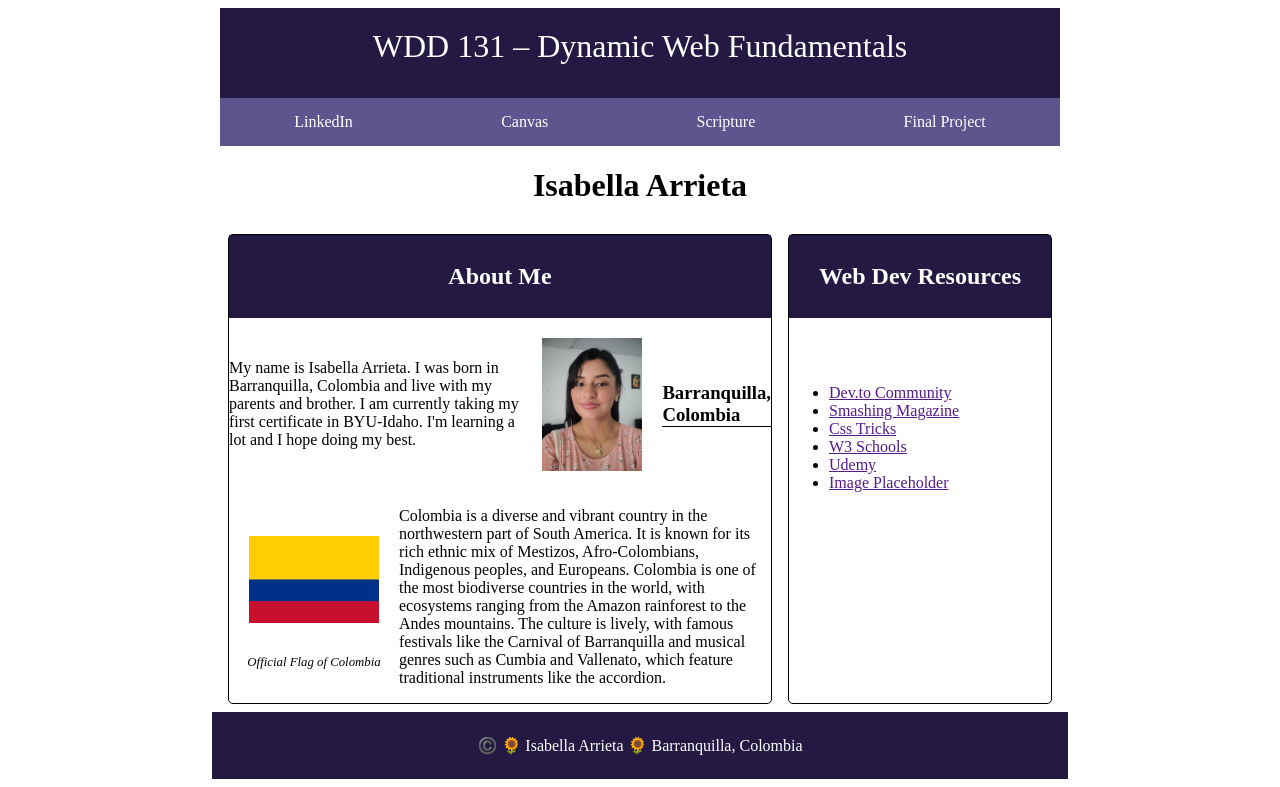
Repository: isaAJ05/wdd131
Page: index.html
An editor plug-in stored every save of this project. The page is shown before and after the next save, followed by the edit.
The browser window is 1280 px wide. The pictures show the whole page.
Some web fonts or font styles are not loaded; a fallback is used.

Above is the page before, as saved 2025-07-04 03:07:53.

### index.html
<!DOCTYPE html>
<html lang="en">
<head>
    <meta charset="UTF-8">
    <meta name="viewport" content="width=device-width, initial-scale=1.0">
    <title>WDD 131 – Dynamic Web Fundamentals – Isabella Arrieta</title>
    <meta name="description" content="WDD 131 – Dynamic Web Fundamentals Isabella Arrieta, This is a page about me">
    <meta name="author" content="Isabella Arrieta">
    <link rel="stylesheet" href="styles/base.css">
    <link rel="preconnect" href="https://fonts.googleapis.com">
    <link rel="preconnect" href="https://fonts.gstatic.com" crossorigin>
    <link href="https://fonts.googleapis.com/css2?family=Lato:ital,wght@0,100;0,300;0,400;0,700;0,900;1,100;1,300;1,400;1,700;1,900&family=Play:wght@400;700&family=Raleway:ital,wght@0,100..900;1,100..900&display=swap" rel="stylesheet">
</head>
<body>
    <header>
        <div class="header-title">
            <span id="course-title">WDD 131 – Dynamic Web Fundamentals</span>
        </div>
        <nav>
            <a href="www.linkedin.com/in/isabella-arrieta">LinkedIn</a>
            <a href="https://byupw.instructure.com/">Canvas</a>
            <a href="https://www.churchofjesuschrist.org/study/scriptures/bofm/alma/30?lang=eng&id=p44#p44">Scripture</a>
            <a href="">Final Project</a>

        </nav>
    </header>
    <main>

        <h1>Isabella Arrieta</h1>
        <section class="card">
            <div class="rectangle">
                <h2>About Me</h2>
            </div>
            <div class="presentation">
            <p>My name is Isabella Arrieta. I was born in Barranquilla, Colombia and live with my parents and brother. I am currently taking my first certificate in BYU-Idaho. I'm learning a lot and I hope doing my best. </p>
            <img src ="images/isa-picture.jpg" alt="Isabella Arrieta picture">
            <h3>Barranquilla, Colombia</h3>
            </div>
            <div class="country">
            <figure>
                <img src ="images/640px-Flag_of_Colombia.svg.webp" alt="Colombia flag">
                <figcaption>Official Flag of Colombia</figcaption>
            </figure>
            <p>Colombia is a diverse and vibrant country in the northwestern part of South America. It is known for its rich ethnic mix of Mestizos, Afro-Colombians, Indigenous peoples, and Europeans. Colombia is one of the most biodiverse countries in the world, with ecosystems ranging from the Amazon rainforest to the Andes mountains. The culture is lively, with famous festivals like the Carnival of Barranquilla and musical genres such as Cumbia and Vallenato, which feature traditional instruments like the accordion.</p>
            </div>
            </section>
        <section class="card">
            <div class="rectangle">
                <h2>Web Dev Resources</h2>
            </div>
                <ul>
                <li><a href="">Dev.to Community</a></li>
                <li><a href="">Smashing Magazine</a></li>
                <li><a href="">Css Tricks</a></li>
                <li><a href="">W3 Schools</a></li>
                <li><a href="">Udemy</a></li>
                <li><a href="">Image Placeholder</a></li>
            </ul>

        </section>
    </main>
    <footer>
        <p>
            ©️<span id="currentyear"></span> 🌻 Isabella Arrieta 🌻 Barranquilla, Colombia
        </p>
        <p>
            <span id="lastModified"></span>
        </p>
    </footer>

</body>
</html>

### styles/base.css
:root {
    --primary-color: #231942;
    --secondary-color: #5e548e;
    --accent1-color: #ffafcc;
    --accent2-color: #bde0fe;
    --accent3-color: #a2d2ff;
    --heading-font: "Play", sans-serif;
    --body-font: "Raleway", sans-serif;
}
header, main, footer {
    width: 840px;
    margin: 0 auto;
}
.course-title{
    display: block;

}
.header-title {
    color:white;
	height: 50px;
    padding: 20px;
    font-size: 2rem;
    text-align: center;
    background: var(--primary-color);
}

nav{
    display: flex;
    justify-content: space-around;
    text-decoration: none;
    background: var(--secondary-color);
}
nav a{
    color: #fff;
    text-decoration: none;
    padding: 15px;
}

nav a:hover {
	text-decoration: overline;
}

/* larger/wider views **************************/
@media (min-width: 640px) {
	nav ul {
		display: flex;
	}

	nav ul li {
		flex: 1 0 auto;
}

main{
    display: grid;
    grid-template: auto 1fr / 2fr 1fr;
}
main h1{
    grid-column: 1/3;
    text-align: center;
}
section{
    border: 1px solid black;
    border-radius: 5px;
    margin: 8px;
}

.card .rectangle{
    color:white;
    padding: 8px;
    text-align: center;
    background: var(--primary-color);


}
.presentation img{
    float: right;
    padding:20px;
    width:100px ;
    height: auto;

}
.card h3{
    border-bottom: 1px solid black;
}
.presentation{
    display: flex;
    flex: 1 0 auto;
    align-items: center;

}
.country{
    display: flex;
    flex: 1 0 auto;
    align-items: center;
}
.card figure{
    margin: 0;
    padding: 0;
}
.card figure img{
    width: 130px;
    height: auto;
    padding:20px;
}
.card figure figcaption{
    text-align: center;
    font-style: italic;
    padding: 8px;
    font-size: 0.8rem;
}


.card ul{
    padding-top: 50px;
}

footer{
    color:  #fff;
    background: var(--primary-color);
    text-align: center;
    padding: 8px;
}

After the next save:
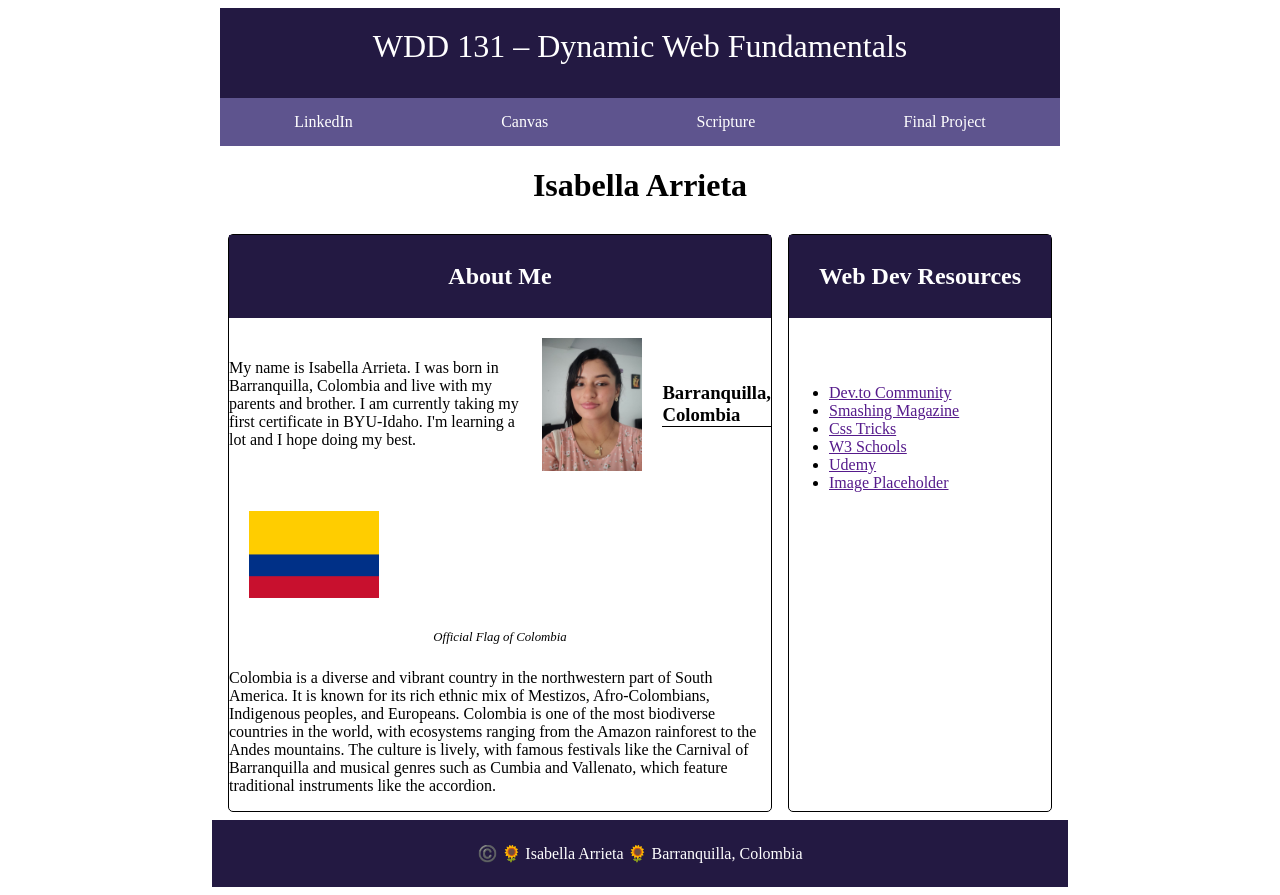
Saved 13 s later.
--- a/styles/base.css
+++ b/styles/base.css
@@ -88,11 +88,7 @@
     align-items: center;
 
 }
-.country{
-    display: flex;
-    flex: 1 0 auto;
-    align-items: center;
-}
+
 .card figure{
     margin: 0;
     padding: 0;

After the save that followed:
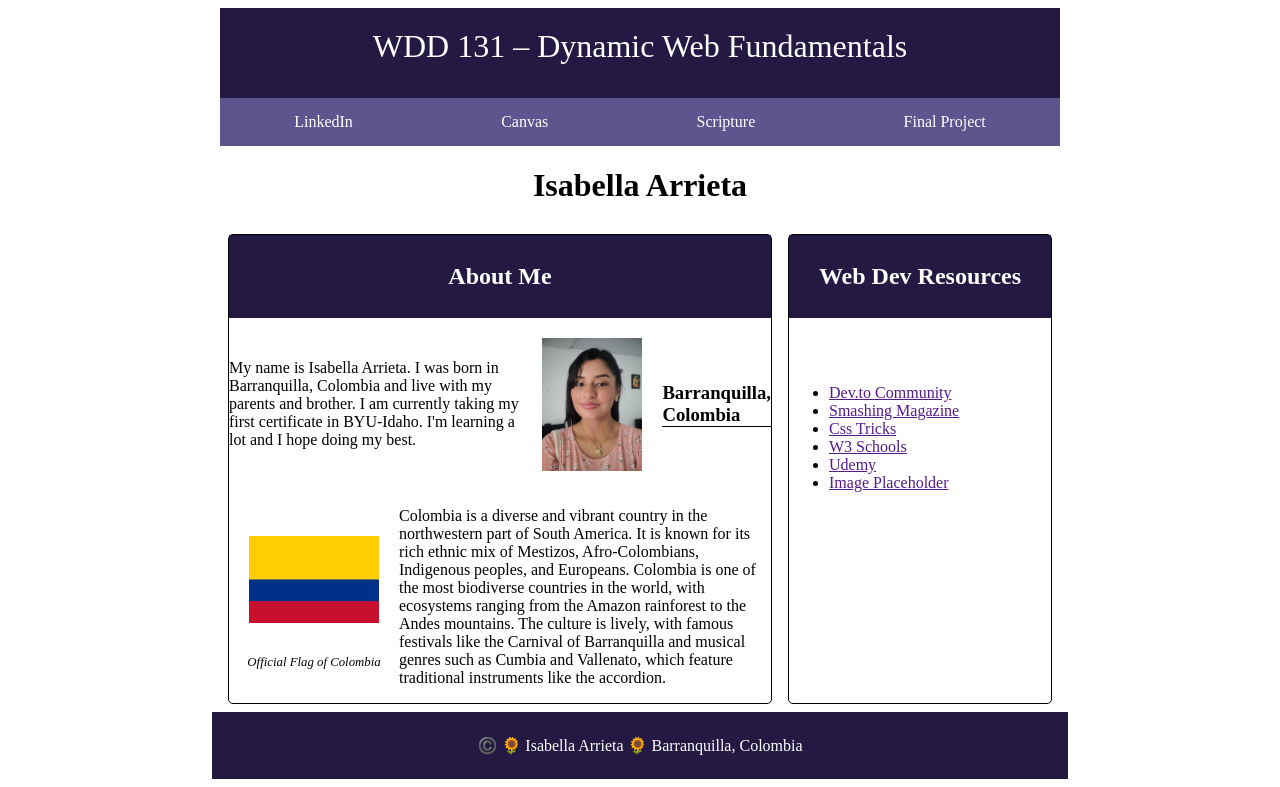
Saved 5 s later.
--- a/styles/base.css
+++ b/styles/base.css
@@ -88,7 +88,11 @@
     align-items: center;
 
 }
-
+.country{
+    display: flex;
+    flex: 1 0 auto;
+    align-items: center;
+}
 .card figure{
     margin: 0;
     padding: 0;
